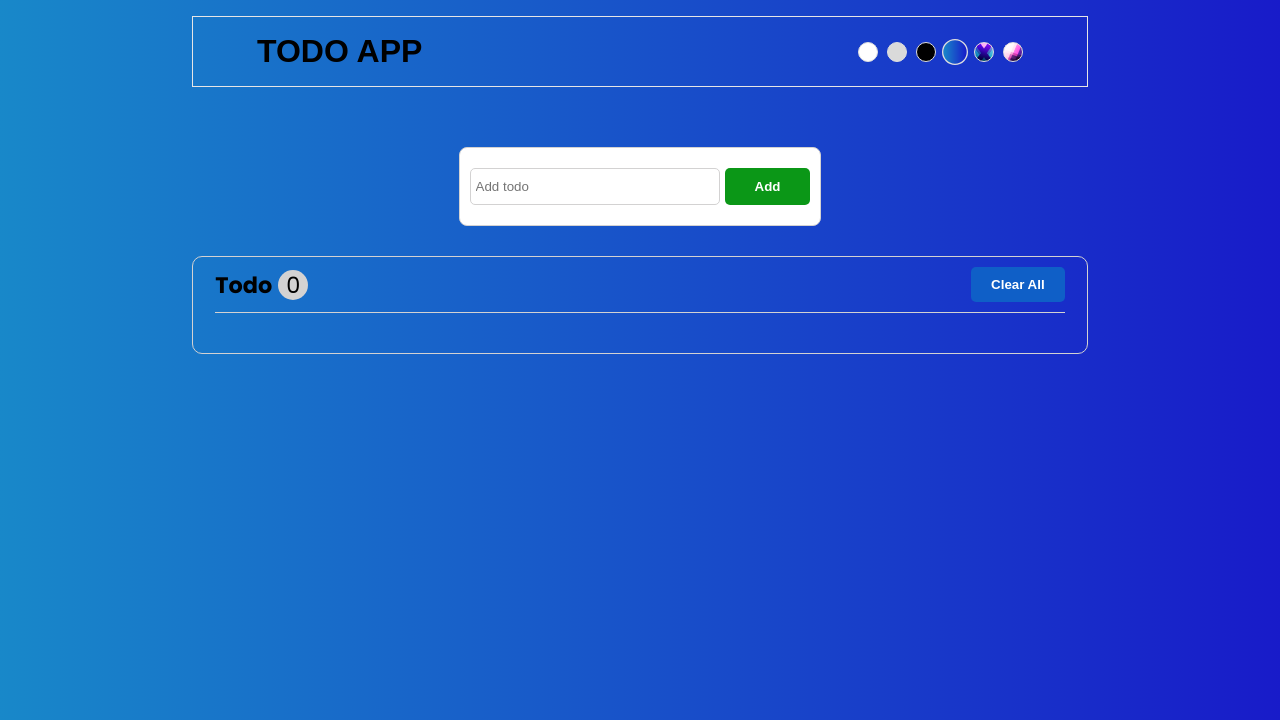
Repository: michalmilek/TodoApp
Page: /
The author's editor kept a copy of each file at every save. The page is drawn from the files as they stood at one save, then again after the next save.
The browser window is 1280 px wide. The pictures show the whole page.
Some web fonts or font styles are not loaded; a fallback is used. The project was rebuilt for these pictures with package versions that can differ from the ones it lists, and the page was loaded fresh each time. Also part of the build but not shown: vite.config.js.

Above is the page before, as saved 2023-02-01 15:57:21.

After the next save:
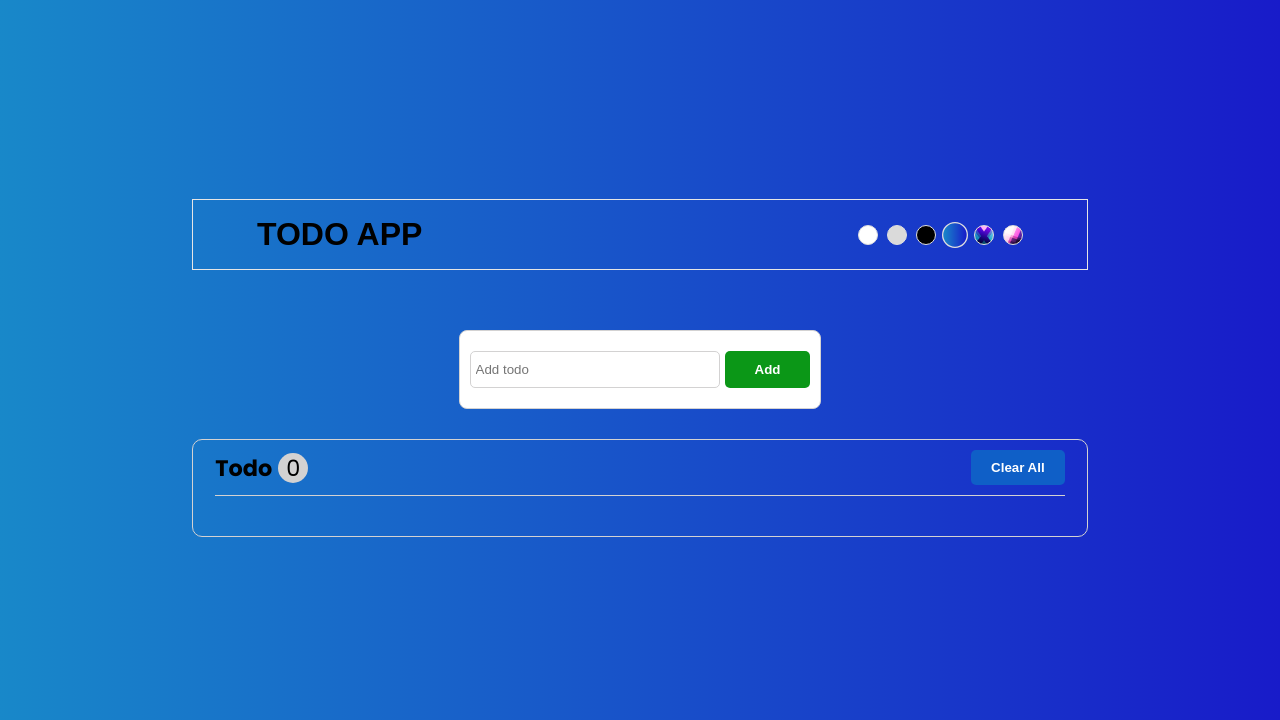
Saved 32 s later.
--- a/src/index.css
+++ b/src/index.css
@@ -8,6 +8,7 @@
 }
 
 body{
+  min-height: 100vh;
   display: flex;
   flex-direction: column;
   align-items: center;
